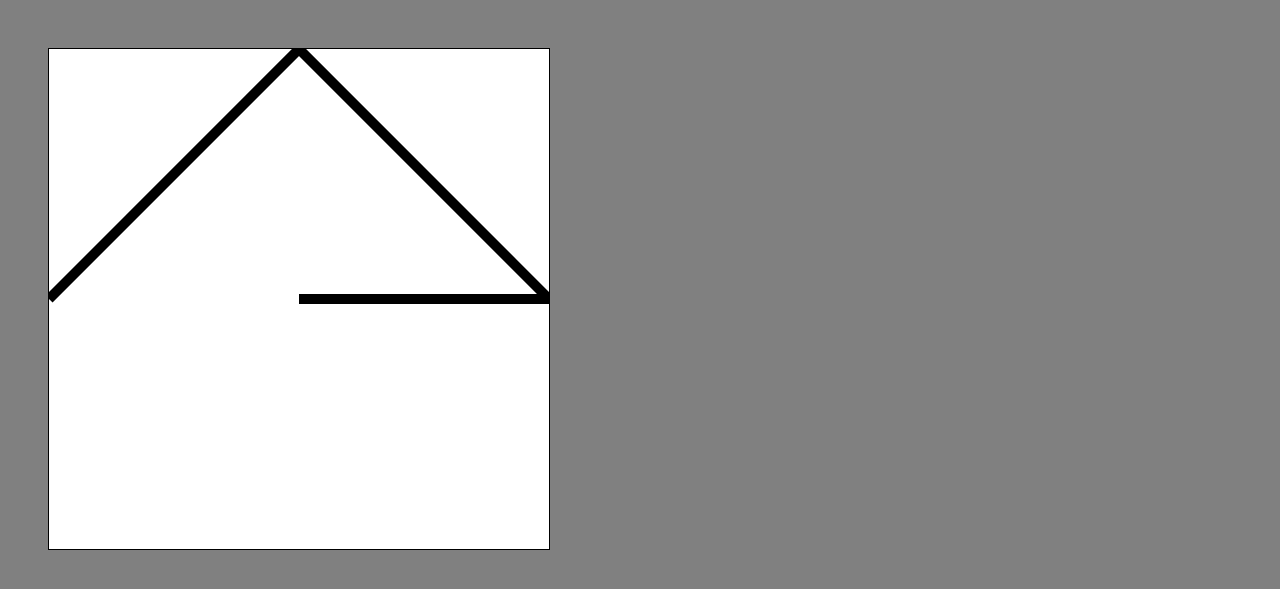
Repository: albinsabu2023/Stopwatch-program
Page: index.html
The author's editor kept a copy of each file at every save. The page is drawn from the files as they stood at one save, then again after a run of saves.
The browser window is 1280 px wide. The pictures show the whole page.

Above is the page before, as saved 2023-03-03 22:09:15.

### index.html
<!DOCTYPE html>

<head>
    <meta charset="UTF-8">
    <meta http-equiv="X-UA-Compatible" content="IE=edge">
    <meta name="viewport" content="width=device-width, initial-scale=1.0">
    <link rel="stylesheet" href="style.css">
    <title>Document</title>
</head>

   <canvas id ="canvas" width="500" height="500"></canvas>
    <script src="index.js"></script>
</body>
</html>

### style.css
body{
color:white;
background-color: gray;
}

#canvas{
    border:1px solid black;
    background-color: white;
    margin: 40px;

}

### index.js
//canvas api

//DRAW LINES
// let can = document.getElementById("canvas");
// let context = can.getContext("2d");
// context.lineWidth = 10;
// context.strokeStyle = "purple";
// context.beginPath();
// context.moveTo(0, 0);
// context.lineTo(250, 250);
// context.lineTo(500, 0);
// context.moveTo(250, 250);
// context.lineTo(250, 500);

// context.stroke();

//DRAW TRIANGLE
let can = document.getElementById("canvas");
let context = can.getContext("2d");
context.beginPath();
context.lineWidth = 10;
context.moveTo(0, 250);
context.lineTo(250, 0);
context.lineTo(500, 250);
context.lineTo(250, 250);
context.stroke();

After the next 2 saves:
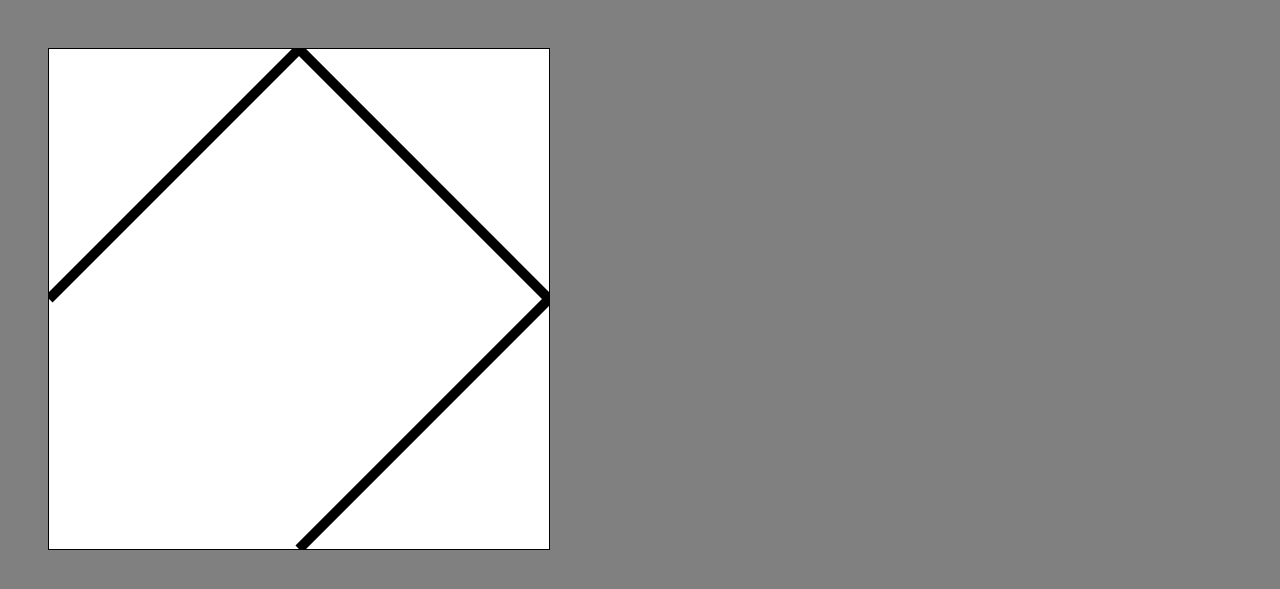
The 2 saves are shown as one change because they came seconds apart.
The last was saved 7 s later.
--- a/index.js
+++ b/index.js
@@ -22,5 +22,5 @@
 context.moveTo(0, 250);
 context.lineTo(250, 0);
 context.lineTo(500, 250);
-context.lineTo(250, 250);
+context.lineTo(250, 500);
 context.stroke();

After the save that followed:
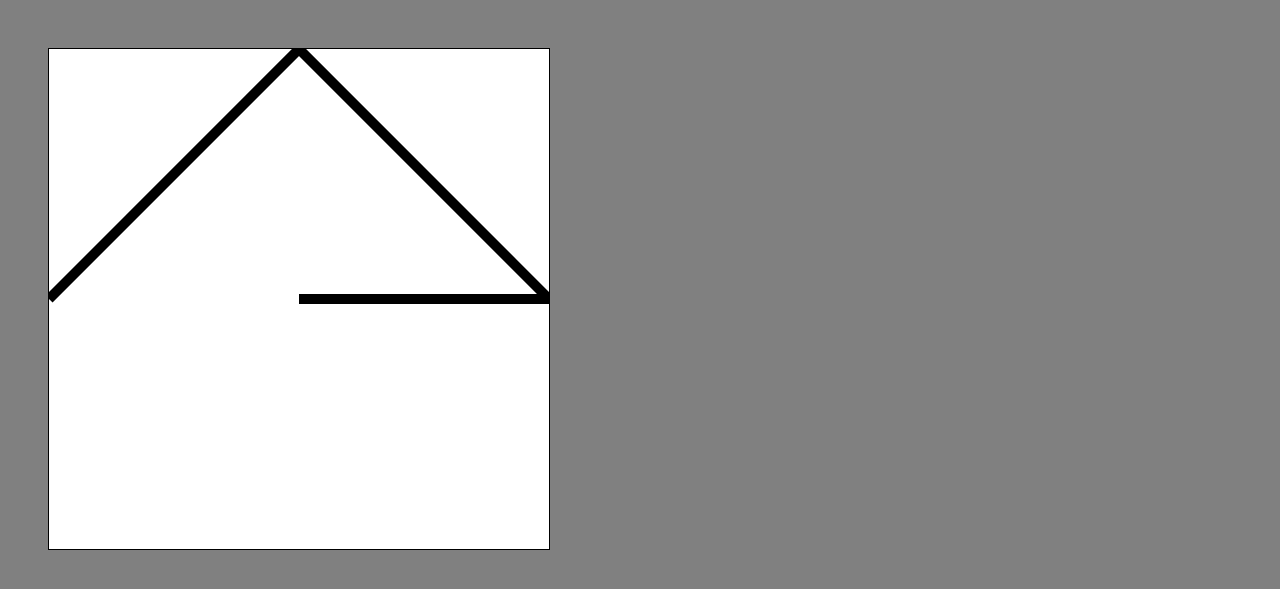
Saved 9 s later.
--- a/index.js
+++ b/index.js
@@ -22,5 +22,5 @@
 context.moveTo(0, 250);
 context.lineTo(250, 0);
 context.lineTo(500, 250);
-context.lineTo(250, 500);
+context.lineTo(250, 250);
 context.stroke();
